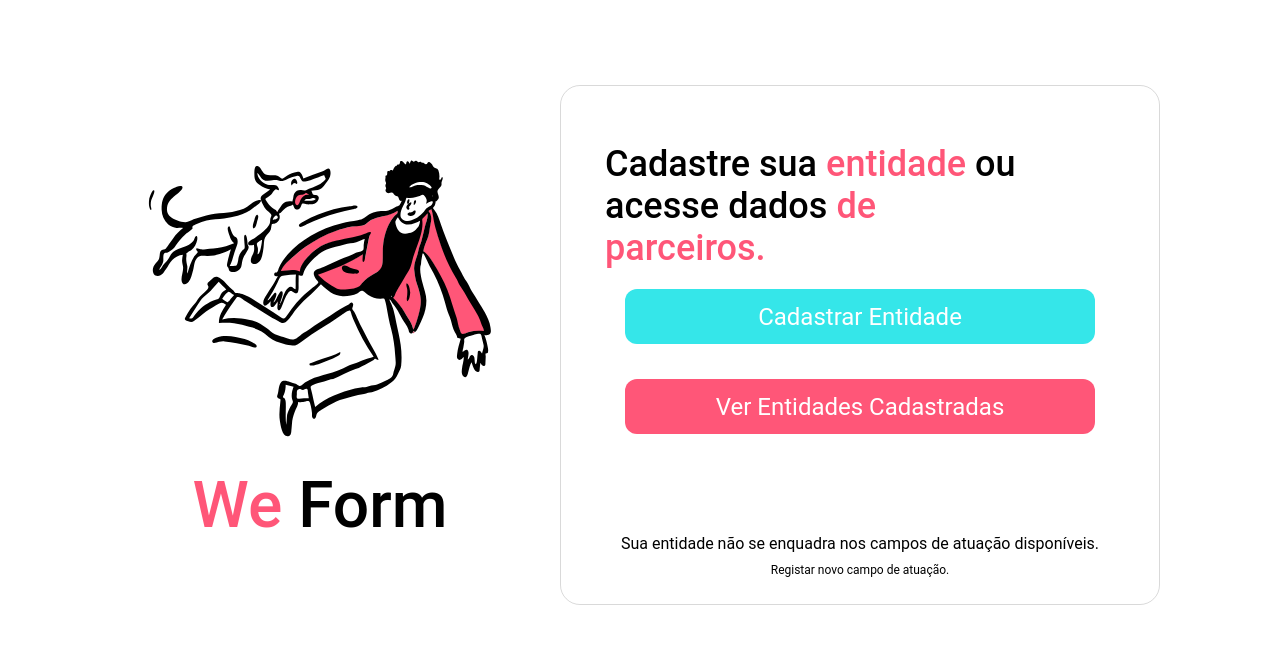
Repository: guilhermecardoso93/we-form
Page: index.html
The author's editor kept a copy of each file at every save. The page is drawn from the files as they stood at one save, then again after the next save.
The browser window is 1280 px wide. The pictures show the whole page.

Above is the page before, as saved 2024-06-09 17:45:56.

After the next save:
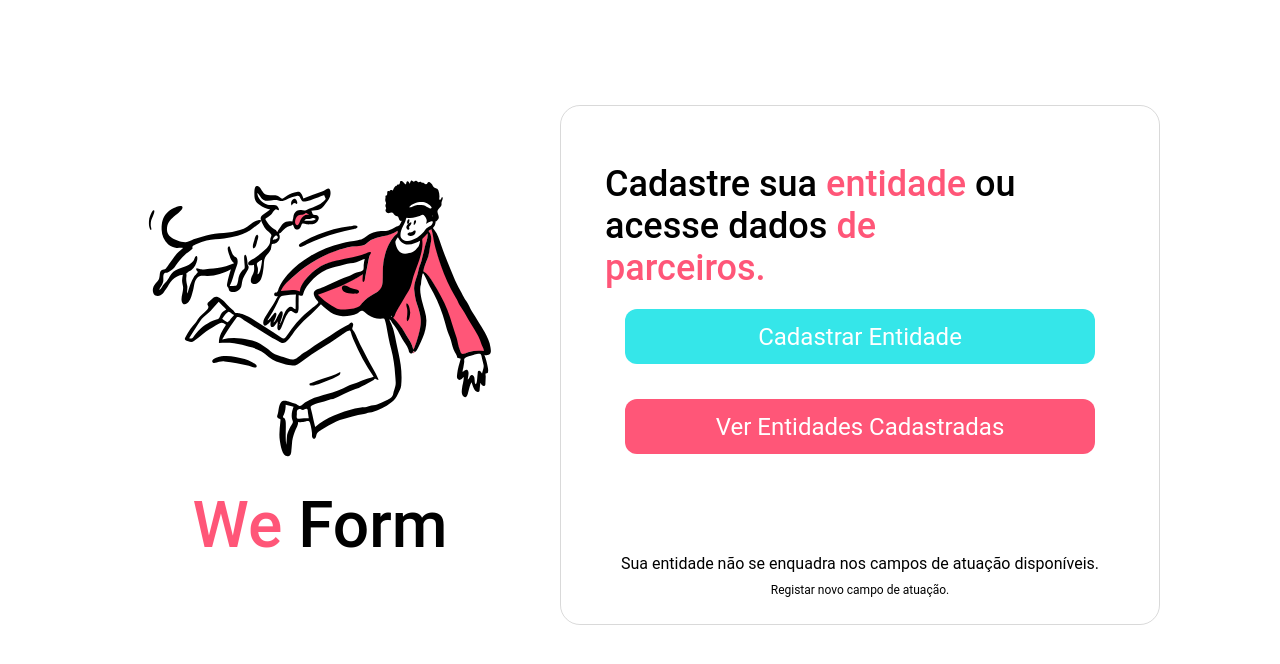
Saved 5 s later.
--- a/styles.css
+++ b/styles.css
@@ -20,7 +20,7 @@ body {
  align-items: center;
  justify-content:center;
  gap: 4rem;
- margin: 8.5rem 0 4rem 0;
+ margin: 10.5rem 0 4rem 0;
 }
 
 
